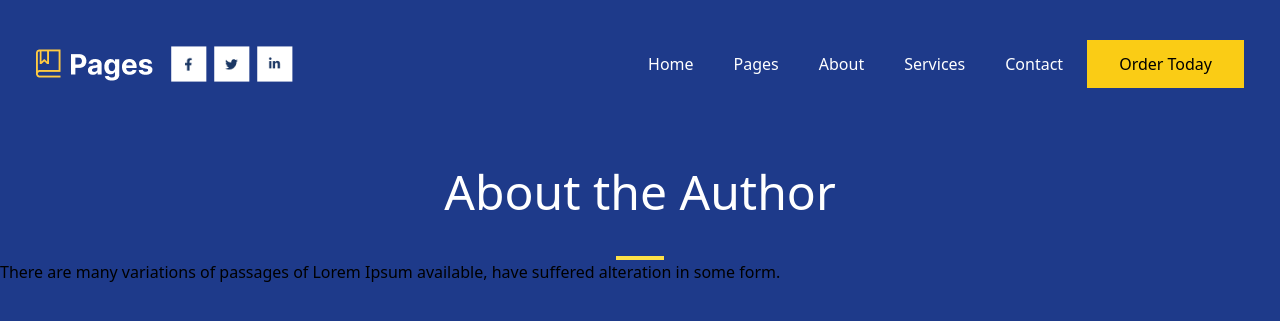
Repository: Godnorg/Class3
Page: index.html
The author's editor kept a copy of each file at every save. The page is drawn from the files as they stood at one save, then again after a run of saves.
The browser window is 1280 px wide. The pictures show the whole page.
Some web libraries are served in a nearby version.

Above is the page before, as saved 2023-02-18 00:54:48.

After the next 3 saves:
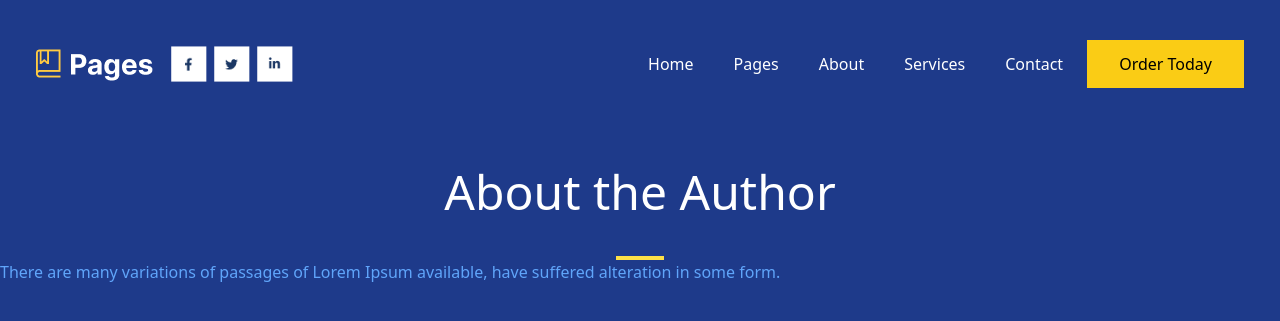
The 3 saves are shown as one change because they came seconds apart.
The last was saved 18 s later.
--- a/index.html
+++ b/index.html
@@ -28,7 +28,7 @@
         <div
             class="items-center w-12 h-1 mx-auto text-center bg-yellow-300">
         </div>
-        <p class="mx-auto ">There are many variations of passages of Lorem Ipsum available, have suffered alteration in some form.</p>
+        <p class="mx-auto text-blue-400">There are many variations of passages of Lorem Ipsum available, have suffered alteration in some form.</p>
 
 
 </body>
